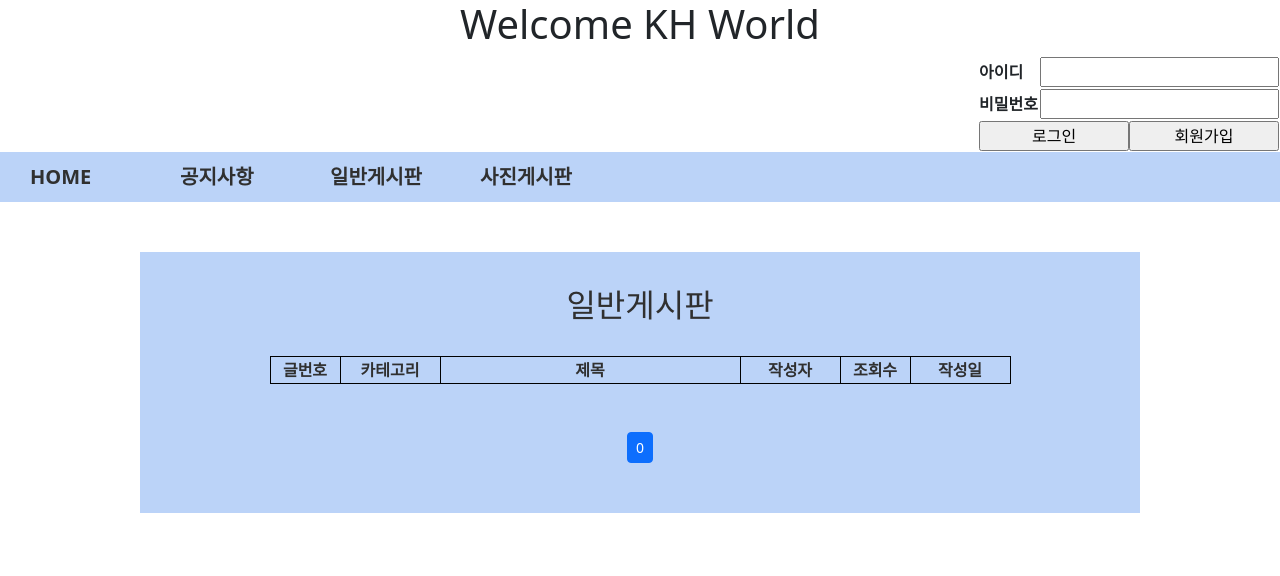
Repository: HwangInTae82/JSPProject
Page: http://localhost/jspProject/views/board/boardListView.jsp
These files come from the project's save history. The page is drawn as it stood at one moment and after the next save; the edit follows.
The browser window is 1280 px wide. The pictures show the whole page.
The page is served by Tomcat 10. Nobody is signed in. The application's start-up code is not run. The template is opened directly, without the code that normally fills it, so the values that code supplies are empty.

Above is the page before, as saved 2025-02-27 23:12:31.

After the next save:
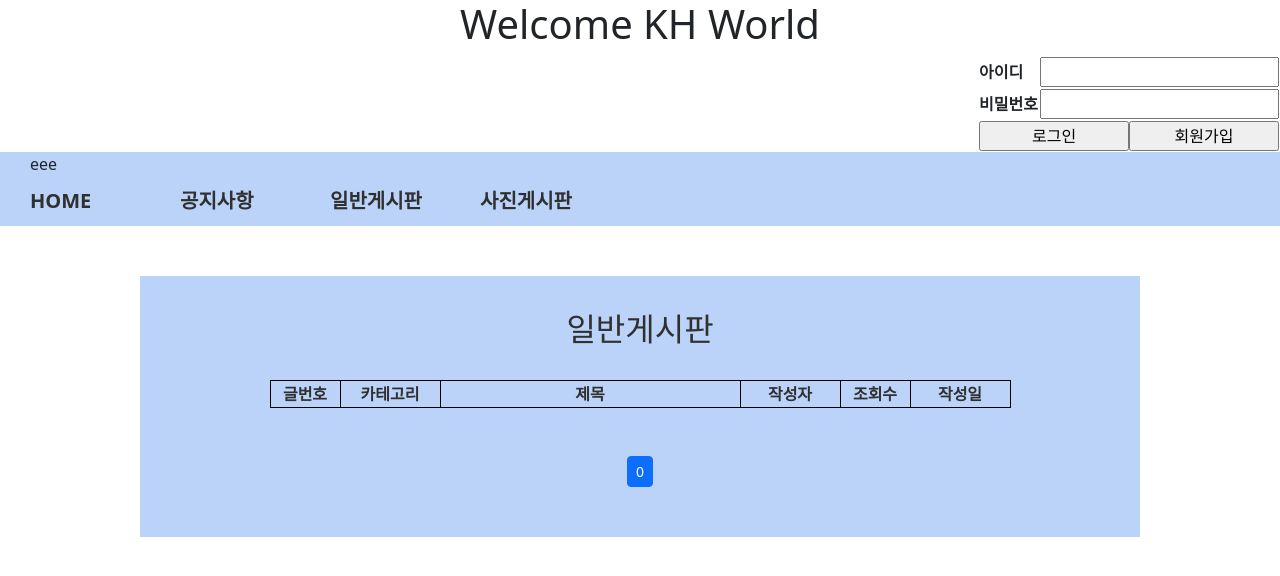
Saved 5 min 56 s later.
--- a/jspProject/src/main/webapp/views/common/menubar.jsp
+++ b/jspProject/src/main/webapp/views/common/menubar.jsp
@@ -115,6 +115,7 @@
 
 	<br clear="both">
     <div class="nav-area">
+    eee
         <div class="menu"><a href="${pageContext.request.contextPath}">HOME</a></div>
         <div class="menu"><a href="">공지사항</a></div>
         <div class="menu"><a href="${pageContext.request.contextPath}/list.bo?cpage=1">일반게시판</a></div>

After the save that followed:
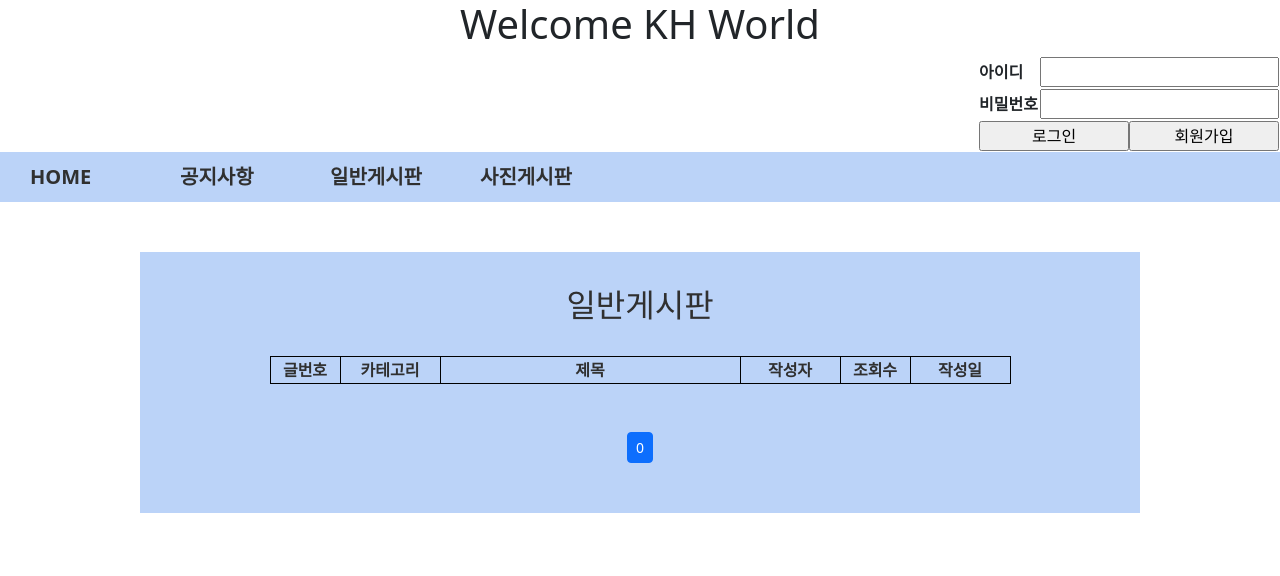
Saved 10 s later.
--- a/jspProject/src/main/webapp/views/common/menubar.jsp
+++ b/jspProject/src/main/webapp/views/common/menubar.jsp
@@ -115,7 +115,6 @@
 
 	<br clear="both">
     <div class="nav-area">
-    eee
         <div class="menu"><a href="${pageContext.request.contextPath}">HOME</a></div>
         <div class="menu"><a href="">공지사항</a></div>
         <div class="menu"><a href="${pageContext.request.contextPath}/list.bo?cpage=1">일반게시판</a></div>
